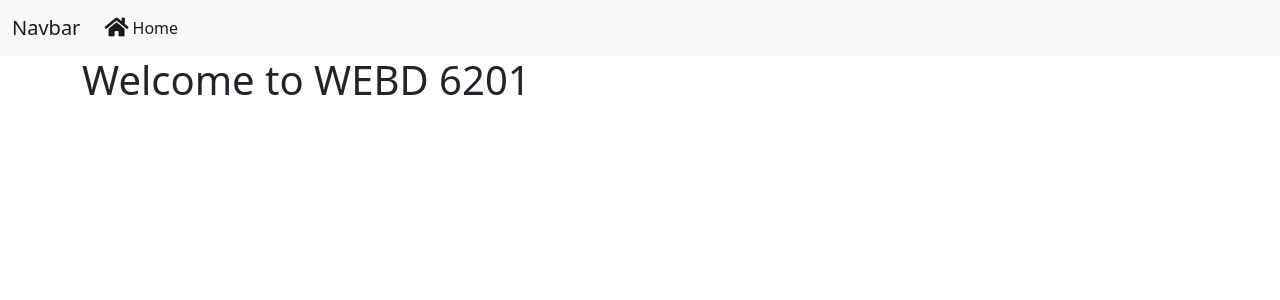
Repository: Hasib001/WEBD6201---W2021---ICE-1
Page: index.html
The author's editor kept a copy of each file at every save. The page is drawn from the files as they stood at one save, then again after the next save.
The browser window is 1280 px wide. The pictures show the whole page.

Above is the page before, as saved 2021-01-22 21:01:20.

After the next save:
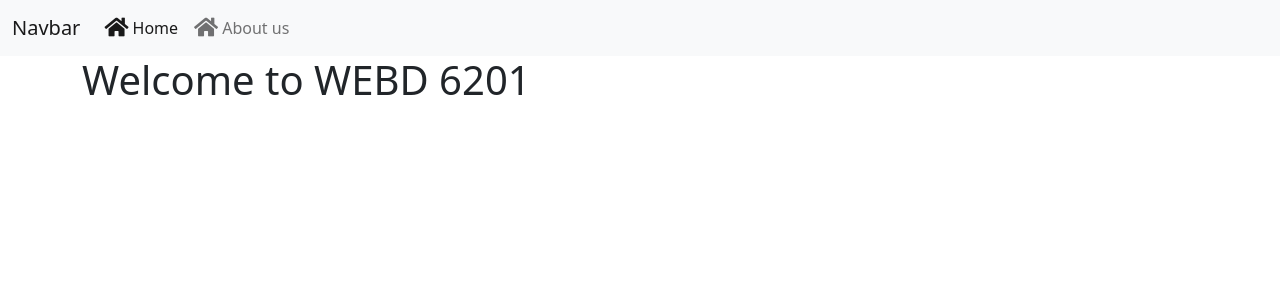
Saved 43 min 31 s later.
--- a/index.html
+++ b/index.html
@@ -23,6 +23,11 @@
                   <li class="nav-item">
                     <a class="nav-link active" aria-current="page" href="#"><i class="fas fa-home fa-lg"></i> Home</a>
                   </li>
+
+                  <li class="nav-item">
+                    <a class="nav-link" aria-current="page" href="#"><i class="fas fa-home fa-lg"></i> About us</a>
+                  </li>
+
 
                 </ul>
 
